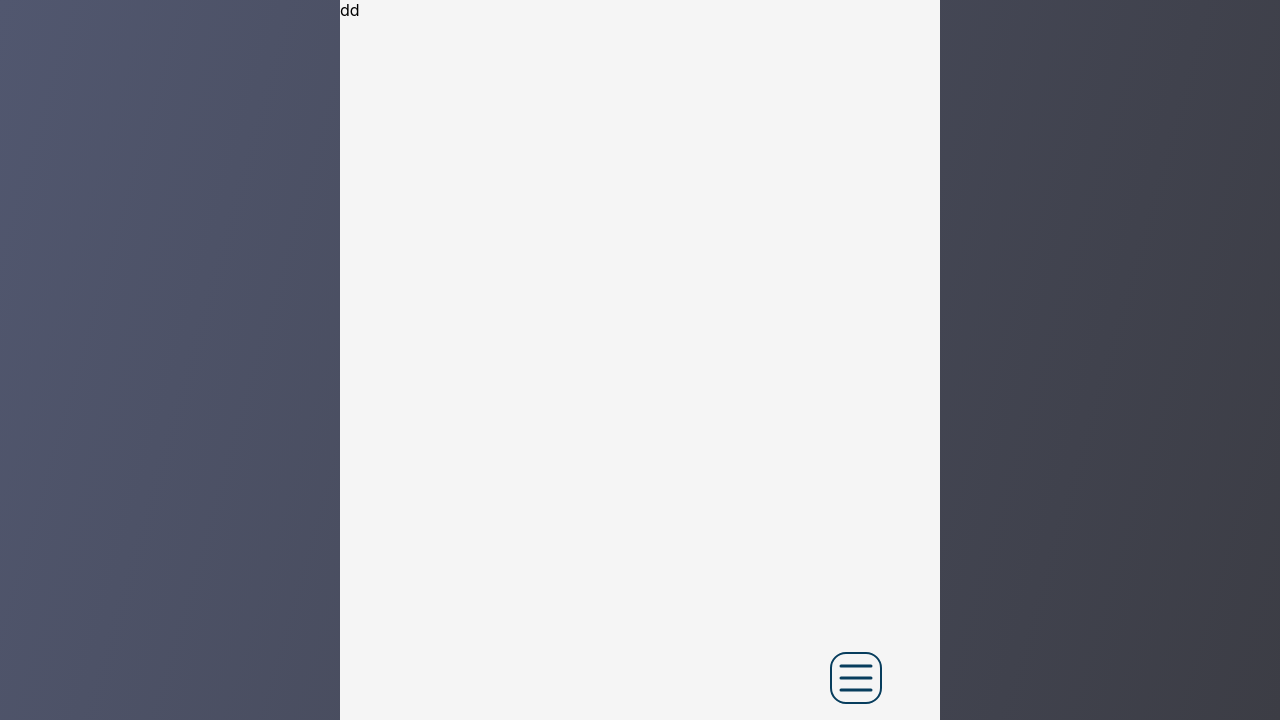
Repository: SeungYn/hanium
Page: /
The author's editor kept a copy of each file at every save. The page is drawn from the files as they stood at one save, then again after the next save.
The browser window is 1280 px wide. The pictures show the whole page.
The project was rebuilt for these pictures with package versions that can differ from the ones it lists, and the page was loaded fresh each time. Also part of the build but not shown: src/App.css, src/components/ReadPopup/ReadPopup.module.css, src/components/ReadPopup/ReadPopup.jsx, src/pages/login/Login.jsx.

Above is the page before, as saved 2022-10-27 20:55:24.

### src/index.js
import React from 'react';
import ReactDOM from 'react-dom/client';
import './index.css';
import App from './App';

import { AuthErrorEventBus, AuthProvider } from './context/AuthContext';
import TokenStorage from './db/token';
import HttpClient from './network/http';
import AuthService from './service/auth';

const baseURL = 'https://a9eed7d2c59d48.lhr.life';
const tokenStorage = new TokenStorage();
const authErrorEventBus = new AuthErrorEventBus();
const httpClient = new HttpClient(baseURL, authErrorEventBus, tokenStorage);
const authService = new AuthService(httpClient, tokenStorage);

const root = ReactDOM.createRoot(document.getElementById('root'));
root.render(
  <React.StrictMode>
    <AuthProvider
      authService={authService}
      authErrorEventBus={authErrorEventBus}
      tokenStorage={tokenStorage}
    >
      <App authService={authService} />
    </AuthProvider>
  </React.StrictMode>
);

### src/index.css
:root {
  --color-darkBlue: #073d5d;
  --color-main: #42a5f5;
  --color-bg-dark: #f5f5f5;
  --color-bg: #fdfffd;
  --color-font: #073d5d;
  --color-accent: #073d5d;
  --color-font-accent: white;
  --color-error-bg: rgba(173, 173, 173, 0.401);
  --color-popup-bg: white;
  /* 사이즈 */
  --font-size-medium: 1.4rem;
  --font-size-small: 1rem;
}

* {
  box-sizing: border-box;
}

html,
body {
  height: 100%;
  width: 100%;
  margin: 0;
  background: rgb(81, 87, 111);
  background: linear-gradient(
    106deg,
    rgba(81, 87, 111, 1) 0%,
    rgba(60, 61, 69, 1) 100%
  );
  accent-color: var(--color-accent);
}
a {
  text-decoration: none;
  color: var(--color-font);
}
ul {
  padding: 0;
  margin: 0;
  list-style: none;
}
#root {
  height: 100%;
  width: 100%;
  max-width: 600px;
  background-color: var(--color-bg-dark);
  margin: auto;
  display: flex;
  flex-direction: column;
  position: relative;
}

button {
  cursor: pointer;
}
body {
  margin: 0;
  font-family: -apple-system, BlinkMacSystemFont, 'Segoe UI', 'Roboto', 'Oxygen',
    'Ubuntu', 'Cantarell', 'Fira Sans', 'Droid Sans', 'Helvetica Neue',
    sans-serif;
  -webkit-font-smoothing: antialiased;
  -moz-osx-font-smoothing: grayscale;
}

code {
  font-family: source-code-pro, Menlo, Monaco, Consolas, 'Courier New',
    monospace;
}

### src/App.js
import { useCallback } from 'react';
import { createBrowserRouter, RouterProvider } from 'react-router-dom';
import './App.css';
import FirstPage from './pages/firstPage/FirstPage';
import Root from './pages/Root';

// const router = createBrowserRouter([
//   {
//     path: '/',
//     element: <Root />,
//     children: [],
//   },
// ]);

function App({ authService }) {
  const router = useCallback(
    createBrowserRouter([
      {
        path: '/',
        element: <Root />,
        children: [
          { index: true, element: <FirstPage authService={authService} /> },
        ],
      },
    ]),
    [authService]
  );
  return <RouterProvider router={router} />;
}

export default App;

### src/context/AuthContext.jsx
import {
  createContext,
  createRef,
  useCallback,
  useContext,
  useEffect,
  useImperativeHandle,
  useMemo,
  useState,
} from 'react';
import ReadPopup from '../components/ReadPopup/ReadPopup';

import Login from '../pages/login/Login';

const AuthContext = createContext({});

const contextRef = createRef();

export function AuthProvider({
  authService,
  authErrorEventBus,
  children,
  tokenStorage,
}) {
  const [user, setUser] = useState(1);
  const [error, setError] = useState(null);

  const context = useMemo(() => ({}), []);

  const onLogin = async ({ loginId, password }) => {
    await authService
      .headerTokenLogin(loginId, password)
      .then((data) => {
        console.log(data);
        tokenStorage.saveUser({
          memberId: data.memberId,
          nickname: data.nickname,
        });
        setUser({ memberId: data.memberId, nickName: data.nickname });
        console.log(tokenStorage.getUser());
        return;
      })
      .catch((error) => {
        setError(error);
      });
  };

  const logout = useCallback(
    async () =>
      await authService.logout().then(() => {
        setUser(undefined);
      }),
    [authService]
  );

  useEffect(() => {
    authErrorEventBus.listen((err) => {
      console.log('err');
      console.log(err);
      setError(err);
      setUser(undefined);
      authService.logout();
    });
  }, [authErrorEventBus]);

  useEffect(() => {
    if (tokenStorage.getUser()) {
      setUser({ ...tokenStorage.getUser() });

      //nav('/');
    }

    //setUser({ token: localStorage.getItem('TOKEN') });
  }, []);

  return (
    <AuthContext.Provider value={context}>
      {user ? (
        children
      ) : (
        <>
          {error && (
            <ReadPopup content={error} onHandler={setError} type={'error'} />
          )}
          <Login authService={authService} onLogin={onLogin} />
        </>
      )}
    </AuthContext.Provider>
  );
}

export class AuthErrorEventBus {
  listen(callback) {
    this.callback = callback;
  }
  notify(error) {
    this.callback(error);
  }
}

export default AuthContext;
export const fetchToken = () => contextRef.current;
export const useAuth = () => useContext(AuthContext);

### src/db/token.js
const TOKEN = 'token';
const USER = 'user';
const USERNICKNAME = 'userNickName';
export default class TokenStorage {
  saveToken(token) {
    localStorage.setItem(TOKEN, token);
  }

  getToken() {
    return localStorage.getItem(TOKEN);
  }

  saveUser(user) {
    console.log(user);
    localStorage.setItem(USER, JSON.stringify(user));
    console.log(localStorage.getItem(USER));
  }

  getUser() {
    return JSON.parse(localStorage.getItem(USER));
  }

  clearToken() {
    console.log('토큰삭제');
    localStorage.clear(TOKEN);
  }
  clearUser() {
    console.log('유저삭제');
    localStorage.clear(USER);
  }
}

### src/network/http.js
export default class HttpClient {
  constructor(baseURL, authErrorEventBus, tokenStorage) {
    this.baseURL = baseURL;
    this.authErrorEventBus = authErrorEventBus;
    this.tokenStorage = tokenStorage;
  }

  async fetch(url, options) {
    console.log(`${this.baseURL}${url}`);
    let res = undefined;
    try {
      res = await fetch(`${this.baseURL}${url}`, {
        ...options,
        headers: {
          'Content-Type': 'application/json',
          ...options.headers,
        },
      });
      console.log(res);
    } catch (e) {
      const err = new Error('서버와 연결이 끊어졌습니다.');
      console.log(e);
      console.log('에러');
      throw err;
    }

    console.log(123);
    console.log(res);
    if (res.headers.get('Authorization')) {
      this.tokenStorage.saveToken(
        res.headers.get('Authorization').split(' ')[1]
      );
    }

    let data;
    console.log(res.headers);
    try {
      data = await res.json();
    } catch (error) {
      console.error('데이터 없어서 에러');
    }
    console.log(res);
    if (res.status > 299 || res.status < 200) {
      const message =
        data && data.message ? data.message : 'Something went wrong! 🤪';

      let error = new Error(message);

      if (res.status === 401) {
        console.log('401에러');
        error = new Error('로그인 정보가 잘 못 됐습니다.');
        this.authErrorEventBus.notify(error);
        return;
      }
      if (res.status === 400) {
        error.name = data.code ? data.code : '에러코드 등록 필요';
        console.log(error.message);
        throw error;
      }
      throw error;
    }

    return data;
  }
}

### src/service/auth.js
export default class AuthService {
  constructor(http, tokenStorage) {
    this.http = http;
    this.tokenStorage = tokenStorage;
  }

  //내 정보
  async getMyInfo() {
    const data = await this.http.fetch('/user', {
      method: 'GET',
      headers: this.getHeaders(),
    });
    return data;
  }

  //노드 /signup
  //스프링 /join
  async signup({
    nickname,
    loginId,
    password,
    email,
    sex,
    university,
    dept,
    sno,
  }) {
    console.log(nickname, loginId, password, email, sex, university, dept, sno);
    const data = await this.http.fetch('/auth/join', {
      method: 'POST',
      body: JSON.stringify({
        nickname,
        password,
        loginId,
        email,
        sex,
        university,
        dept,
        sno,
      }),
    });
    //this.tokenStorage.saveToken(data.token);
    return data;
  }

  //헤더로 토큰 받고 로그인
  async headerTokenLogin(loginId, password) {
    console.log(loginId, password);
    const data = await this.http.fetch(`/auth/login`, {
      method: 'POST',
      body: JSON.stringify({ loginId, password }),
    });
    // const res = await fetch(`${this.http.baseURL}/login`, {
    //   method: 'POST',
    //   headers: {
    //     'Content-Type': 'application/json',
    //   },
    //   body: JSON.stringify({ loginId, password }),
    // });

    // let data;
    // try {
    //   data = await res.json();
    // } catch (error) {
    //   console.error(error);
    // }

    // if (res.status > 299 || res.status < 200) {
    //   console.log('승유');
    //   const message =
    //     data && data.message ? data.message : 'Something went wrong! 🤪';
    //   const error = new Error(message);
    //   console.error('error = ', error);

    //   if (res.status === 401) {
    //     this.authErrorEventBus.notify(error);
    //   }
    //   if (res.status === 400) {
    //     error.name = data.code ? data.code : '에러코드 등록 필요';
    //     console.log(error.message);
    //     throw error;
    //   }
    //   throw error;
    // }
    // const token = res.headers.get('Authorization').split(' ')[1];
    // this.tokenStorage.saveToken(token);

    return data;
  }

  //노드서버 /idDuplicate
  //스프링서버 /duplicate-loginId
  async idDuplicateVerification(loginId) {
    const data = await this.http.fetch(`/auth/duplicate-loginId`, {
      method: 'POST',
      body: JSON.stringify({ loginId }),
    });
    return data;
  }

  async nicknameDuplicateVerification(nickname) {
    const data = await this.http.fetch(`/auth/duplicate-nickname`, {
      method: 'POST',
      body: JSON.stringify({ nickname }),
    });
    return data;
  }

  //이메일로 인증번호 받기
  async getEmailAuthenticationNumber(email) {
    console.log(email);
    const data = await this.http.fetch('/auth/mail-auth', {
      method: 'POST',
      body: JSON.stringify({
        email,
      }),
    });
    return data;
  }

  //인증번호 확인
  async authenticationNumberVerification(number) {
    const data = await this.http.fetch('/auth/mailcode-auth', {
      method: 'POST',
      body: JSON.stringify({
        code: number,
      }),
    });
    return data;
  }
  //노드서버 auth/login
  async login(loginId, password) {
    const data = await this.http.fetch('/auth/login', {
      method: 'POST',
      body: JSON.stringify({ loginId, password }),
    });
    this.tokenStorage.saveToken(data.token);
    return data;
  }

  async test() {
    const data = await this.http.fetch('/user', {
      method: 'GET',
      headers: this.getHeaders(),
    });
    return data;
  }

  async me() {
    const token = this.tokenStorage.getToken();
    return this.http.fetch('/me', {
      method: 'GET',
      headers: { Authorization: `Bearer ${token}` },
    });
  }

  async logout() {
    this.tokenStorage.clearToken();
    this.tokenStorage.clearUser();
  }

  getHeaders() {
    const token = this.tokenStorage.getToken();
    return {
      Authorization: `Bearer ${token}`,
    };
  }
}

### src/pages/firstPage/FirstPage.jsx
import React from 'react';

export default function FirstPage() {
  return <div>dd</div>;
}

### src/pages/Root.jsx
import React from 'react';
import { Outlet } from 'react-router-dom';
import Navbar from '../components/Navbar/Navbar';

export default function Root() {
  return (
    <>
      <Outlet />
      <Navbar />
    </>
  );
}

### src/components/Navbar/Navbar.jsx
import React, { useRef, useState } from 'react';
import { NavLink } from 'react-router-dom';
import styles from './Navbar.module.css';
import { AiOutlineHome } from 'react-icons/ai';
import { BsList, BsPerson } from 'react-icons/bs';
import { IoChatbubbleOutline } from 'react-icons/io5';
import { IconContext } from 'react-icons';

export default function Navbar() {
  //버튼 클릭시 넷바 위로 나타내기
  const navMenuRef = useRef();
  const btnRef = useRef();
  const [navToggle, setNavToggle] = useState(false);
  const handleBtn = (e) => {
    setNavToggle((t) => {
      if (t) btnRef.current.style.transform = 'rotate(0deg)';
      else btnRef.current.style.transform = 'rotate(30deg)';

      return !t;
    });

    console.log(e);
    const contents = [
      { path: '/', name: '홈', iconComponent: <AiOutlineHome /> },
      { path: '/group', name: '그룹', iconComponent: <BsList /> },
      { path: '/myGroup', name: '내 그룹', iconComponent: <BsList /> },
      { path: '/trade', name: '장터', iconComponent: <BsList /> },
      { path: '/myInfo', name: '내 정보', iconComponent: <BsPerson /> },
    ];
  };

  const test = <BsList />;
  console.log(navToggle ? styles.navAppear : styles.navDisappear);
  return (
    <nav className={styles.nav}>
      <IconContext.Provider value={{ className: styles.reactIcon }}>
        <div
          ref={navMenuRef}
          className={`${styles.navMenu} ${
            navToggle ? styles.navAppear : styles.navDisappear
          }`}
        >
          <NavLink
            to='/'
            className={({ isActive }) =>
              isActive
                ? `${styles.active} ${styles.link}`
                : `${styles.unactive} ${styles.link}`
            }
          >
            <AiOutlineHome />
            <span className={styles.text}>홈</span>
          </NavLink>

          <NavLink
            to='/1'
            className={({ isActive }) =>
              isActive
                ? `${styles.active} ${styles.link}`
                : `${styles.unactive} ${styles.link}`
            }
          >
            <BsList />

            <span className={styles.text}>미정</span>
          </NavLink>

          <NavLink
            to='/2'
            className={({ isActive }) =>
              isActive
                ? `${styles.active} ${styles.link}`
                : `${styles.unactive} ${styles.link}`
            }
          >
            <IoChatbubbleOutline />
            <span className={styles.text}>그룹 채팅</span>
          </NavLink>

          <NavLink
            to='/4'
            className={({ isActive }) =>
              isActive
                ? `${styles.active} ${styles.link}`
                : `${styles.unactive} ${styles.link}`
            }
          >
            <IoChatbubbleOutline />
            <span className={styles.text}>장터 채팅</span>
          </NavLink>

          <NavLink
            to='/3'
            className={({ isActive }) =>
              isActive
                ? `${styles.active} ${styles.link}`
                : `${styles.unactive} ${styles.link}`
            }
          >
            <BsPerson />
            <span className={styles.text}>내정보</span>
          </NavLink>
        </div>
      </IconContext.Provider>
      <button ref={btnRef} className={styles.btn} onClick={handleBtn}>
        <BsList />
      </button>
    </nav>
  );
}

### src/pages/login/Login.module.css
button {
  outline: none;
  border: none;
  color: var(--color-font);
  border: 2px solid var(--color-font);
  padding: 0.4rem 0;
  background-color: transparent;
  border-radius: 1rem;
}

button:hover {
  background-color: var(--color-accent);
  color: var(--color-font-accent);
}

.container {
  display: flex;
  flex-direction: column;
  overflow-y: auto;
  align-items: center;
  width: 100%;
}
.authTitle {
  width: 100%;
  text-align: center;
  color: var(--color-font);
}
.authForm {
  width: 100%;
}

.authForm__itemList .authForm__item,
.authForm__itemList .authForm__emailGroup {
  margin-top: 0.6rem;
}

.authForm__emailGroup {
  display: flex;
}

.emailBtn {
  flex: 0 0 20%;
  font-size: var(--font-size-small);
}

label[for='signup'] {
  cursor: pointer;
}

.form_signup {
  margin-top: 0.6rem;
  text-align: center;
}

.auth_btn {
  margin-top: 0.6rem;
  width: 100%;
  font-size: var(--font-size-medium);
  outline: none;
  border: none;
  color: var(--color-font);
  border: 2px solid var(--color-font);
  padding: 0.4rem 0;
  background-color: transparent;
  border-radius: 1rem;
}

.auth_btn:hover {
  background-color: var(--color-accent);
  color: var(--color-font-accent);
}

### src/components/Navbar/Navbar.module.css
.nav {
  position: absolute;
  bottom: 1rem;
  right: 1rem;
  font-size: var(--font-size-medium);
  text-align: center;
  display: flex;
  flex-direction: column;
  justify-content: end;

  align-items: center;
  height: 50%;
}

.link {
  display: flex;
  align-items: center;
}

.link:hover {
  color: var(--color-font-accent);
  background-color: var(--color-accent);
}

.navMenu {
  /* opacity: 0;
  pointer-events: none;
  transition: all 0.1s ease-out; */

  transition: height 0.3s ease-in;
  overflow: hidden;
  height: 0%;
  display: flex;
  flex-direction: column;
  justify-content: end;
}

.navAppear {
  height: 100%;
}

.navDisappear {
  height: 0%;
}

.reactIcon {
  font-size: 4rem;
}

.btn {
  padding: 0;
  transition: all 0.1s ease-in;
  font-size: 3rem;
  display: flex;
  align-items: center;
  font-weight: bold;
}
.text {
  display: block;
  font-weight: bold;
  text-align: left;
}

/* @keyframes listUp {
  0% {
    height: 0%;
  }
  50% {
    height: 50%;
  }
  100% {
    height: 100%;
  }
} */

@media screen and (max-height: 800px) {
  .reactIcon {
    font-size: 3rem;
  }
}

Loaded but not shown: public/index.html (common file)

After the next save:
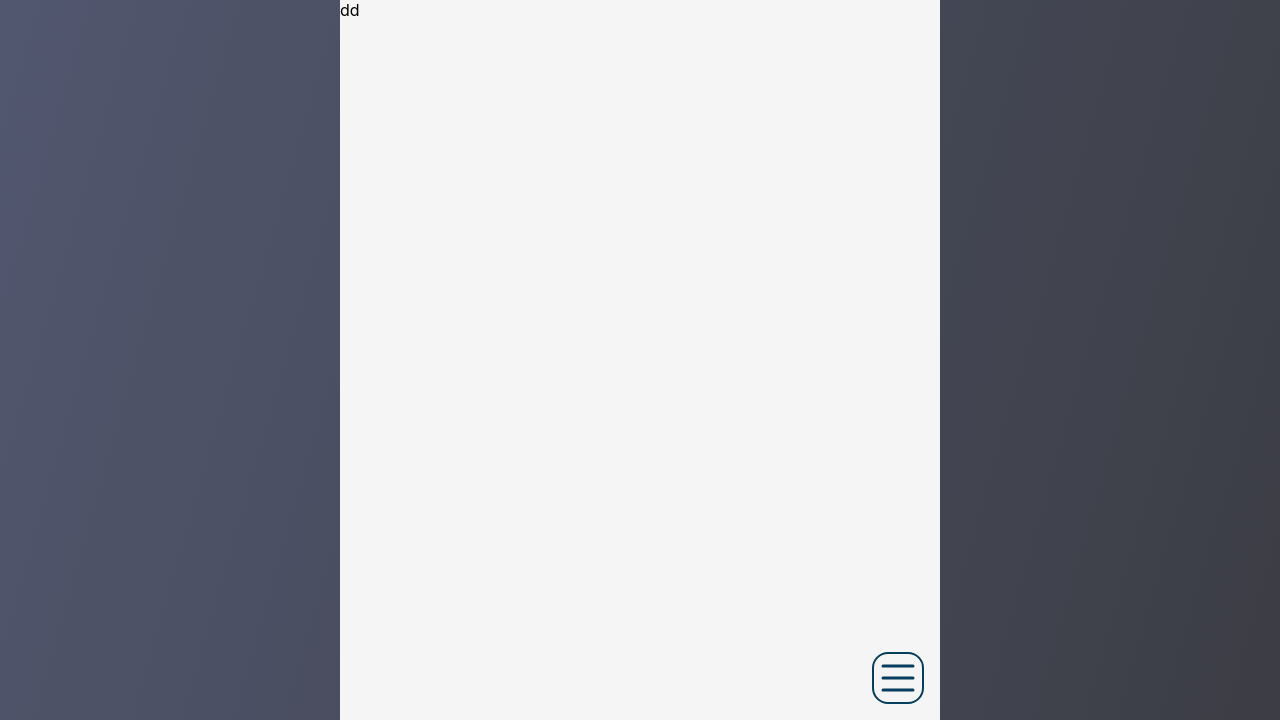
Saved 16 s later.
--- a/src/components/Navbar/Navbar.jsx
+++ b/src/components/Navbar/Navbar.jsx
@@ -39,8 +39,17 @@ export default function Navbar() {
           className={`${styles.navMenu} ${
             navToggle ? styles.navAppear : styles.navDisappear
           }`}
-        >
-          <NavLink
+        ></div>
+      </IconContext.Provider>
+      <button ref={btnRef} className={styles.btn} onClick={handleBtn}>
+        <BsList />
+      </button>
+    </nav>
+  );
+}
+
+{
+  /* <NavLink
             to='/'
             className={({ isActive }) =>
               isActive
@@ -99,12 +108,5 @@ export default function Navbar() {
           >
             <BsPerson />
             <span className={styles.text}>내정보</span>
-          </NavLink>
-        </div>
-      </IconContext.Provider>
-      <button ref={btnRef} className={styles.btn} onClick={handleBtn}>
-        <BsList />
-      </button>
-    </nav>
-  );
+          </NavLink> */
 }
